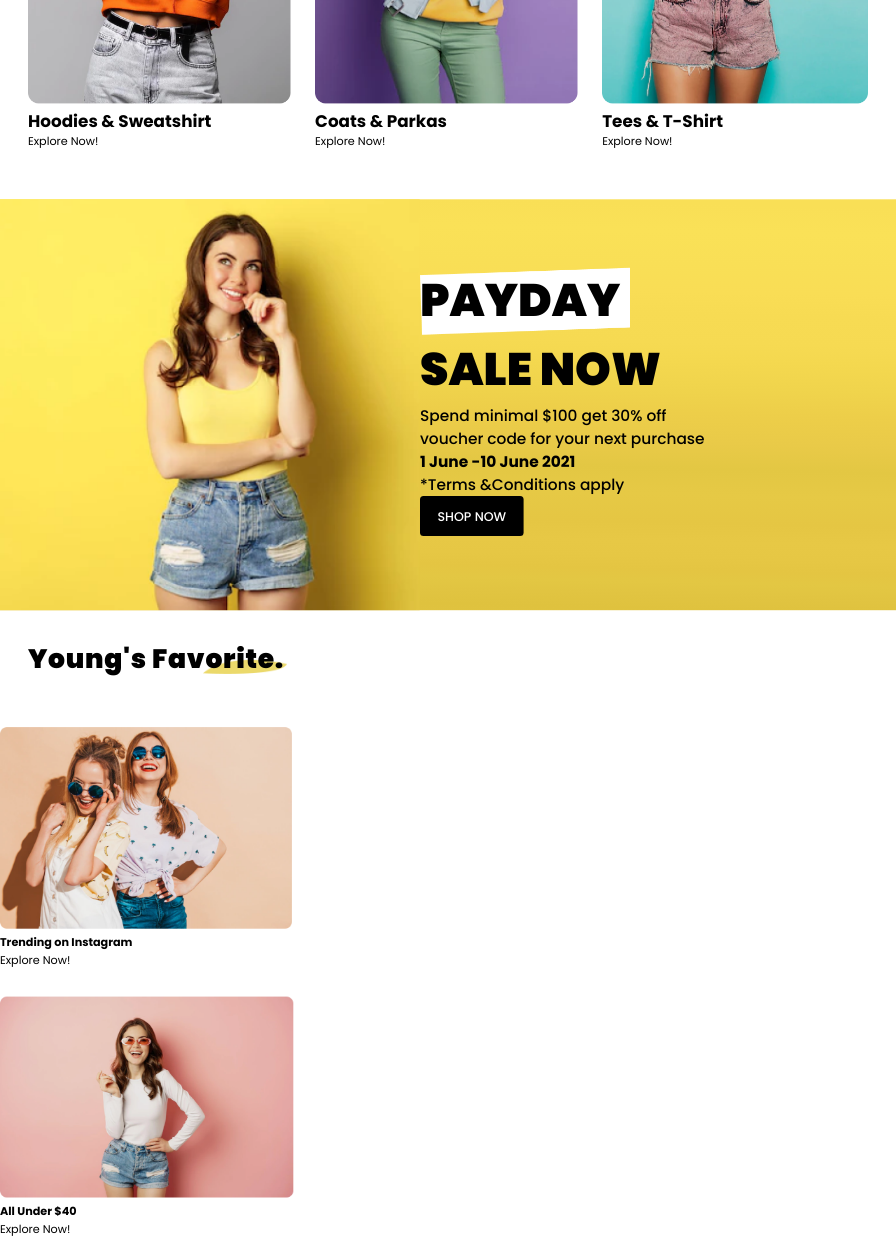
Repository: isaacCodes1/FashionSite
Page: index.html
The author's editor kept a copy of each file at every save. The page is drawn from the files as they stood at one save, then again after the next save.
The browser window is 1280 px wide. The pictures show the part of the page from y = 1404 to 3324 px (the page is 3172 px tall before and 3324 px after), at 70% of full size.

Above is the page before, as saved 2024-03-13 09:16:34.

After the next save:
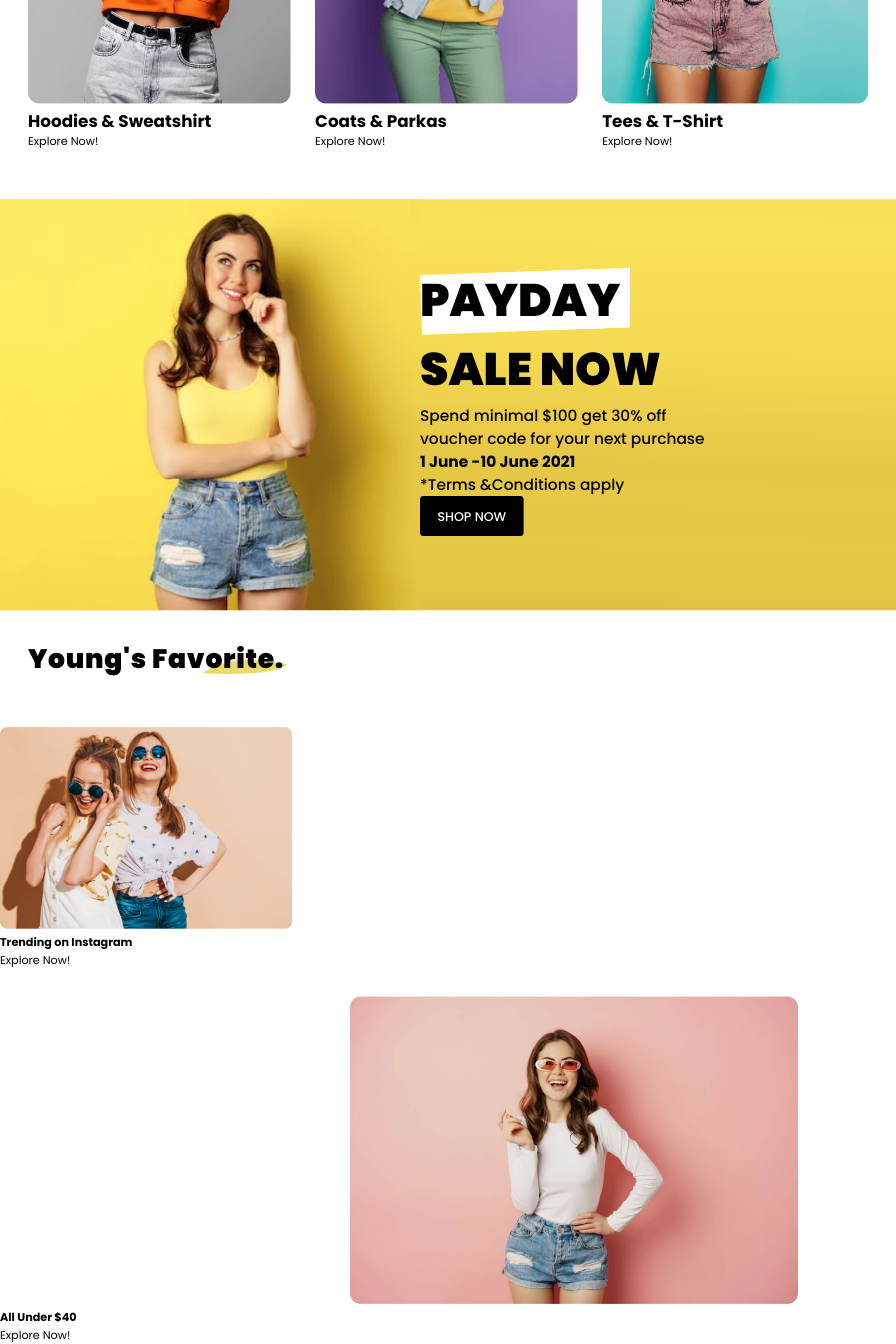
Saved 4 s later.
--- a/style.css
+++ b/style.css
@@ -324,5 +324,5 @@
 }
 .girlsImg1 img{
   width: 50%;
-  margin
-}
+  margin-left: 500px;
+}
